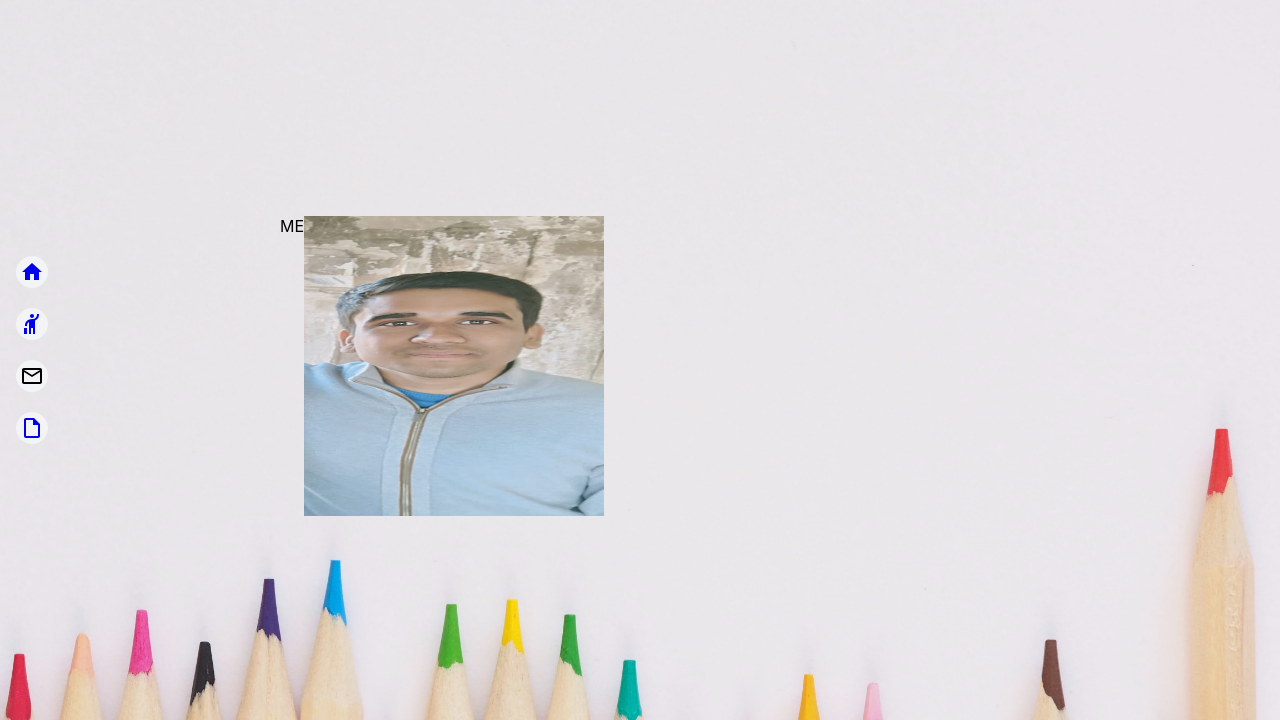
Repository: ujjawalmittal55/portfolio1
Page: /about
The author's editor kept a copy of each file at every save. The page is drawn from the files as they stood at one save, then again after the next save.
The browser window is 1280 px wide. The pictures show the whole page.
The project was rebuilt for these pictures with package versions that can differ from the ones it lists, and the page was loaded fresh each time. Also part of the build but not shown: src/display.css, src/Display.tsx, src/Document.jsx.

Above is the page before, as saved 2022-05-06 17:36:33.

After the next save:
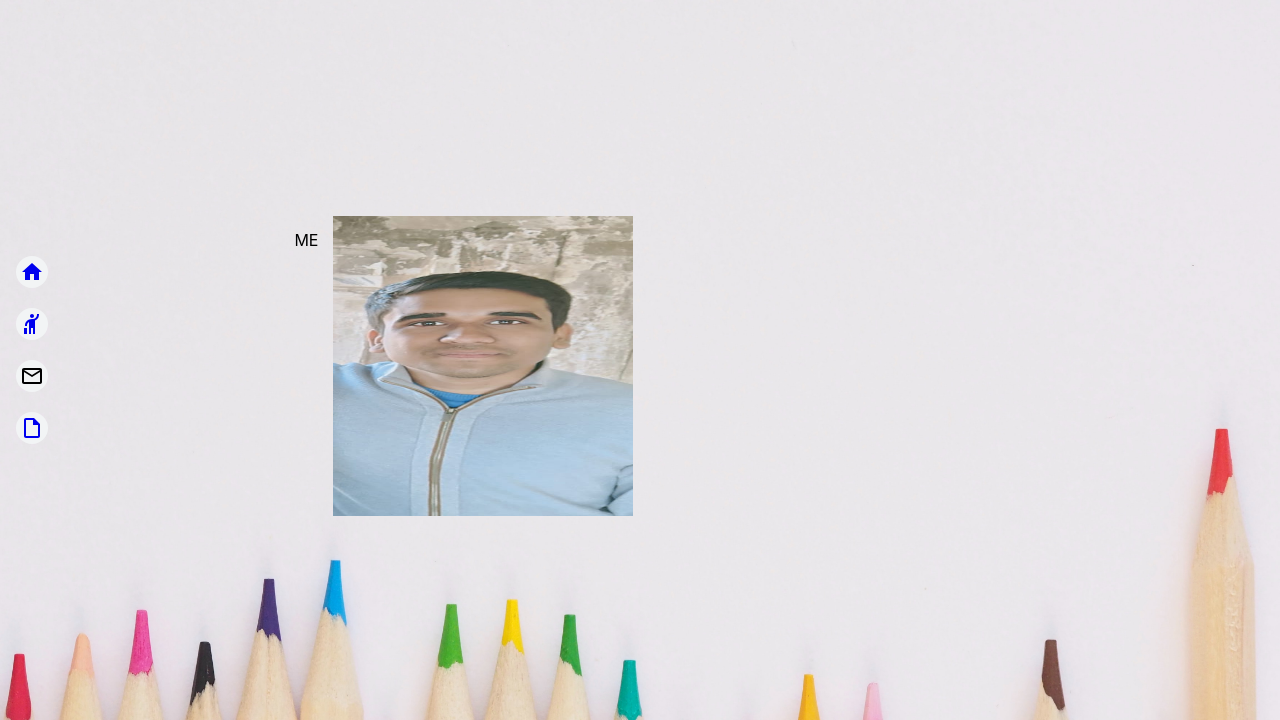
Saved 22 s later.
--- a/src/about.css
+++ b/src/about.css
@@ -4,3 +4,6 @@
   display: flex;
   flex-direction: row;
 }
+.details {
+  margin: 2vh;
+}
